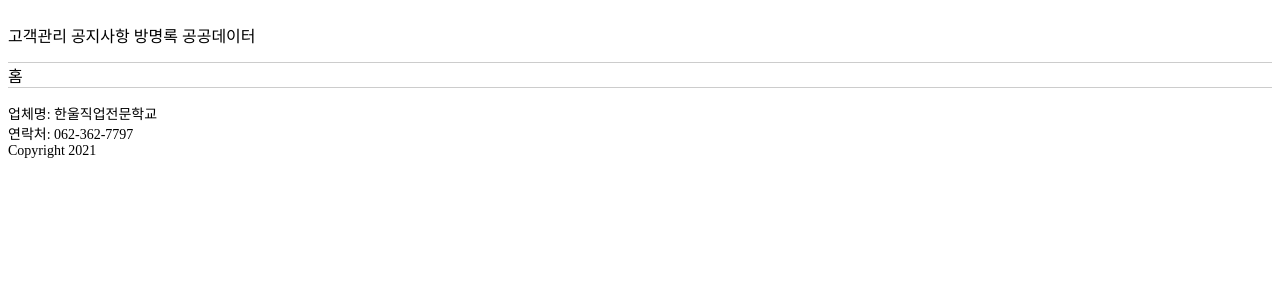
Repository: JSY93/spring-web
Page: http://localhost/iot/
These files come from the project's save history. The page is drawn as it stood at one moment and after the next save; the edit follows.
The browser window is 1280 px wide. The pictures show the whole page.
The page is served by Tomcat 9. Other server files are loaded and not shown.

Above is the page before, as saved 2021-01-07 05:10:40.

### Study_Spring/iot/src/main/webapp/WEB-INF/views/home.jsp
<%@ taglib uri="http://java.sun.com/jsp/jstl/core" prefix="c" %>
<%@ page language="java" contentType="text/html; charset=UTF-8"
    pageEncoding="UTF-8"%>
<html>
<head>
	<title>Home</title>
</head>
<body>
<jsp:include page="/WEB-INF/views/include/header.jsp" />

<div id='content'>
홈
</div>

<jsp:include page="/WEB-INF/views/include/footer.jsp" />
</body>
</html>

### Study_Spring/iot/src/main/webapp/WEB-INF/views/include/header.jsp
<%@ page language="java" contentType="text/html; charset=UTF-8"
    pageEncoding="UTF-8"%>
<header style='border-bottom:1px solid #ccc; padding:15px 0; text-align:left'>
	<div style=''>
	<ul>
		<li>고객관리</li>
		<li>공지사항</li>
		<li>방명록</li>
		<li>공공데이터</li>
	</ul>
	</div>
</header>
<style>
header ul, header ul li {
	margin:0; padding:0; display:inline }

</style>

### Study_Spring/iot/src/main/webapp/WEB-INF/views/include/footer.jsp
<%@ page language="java" contentType="text/html; charset=UTF-8"
    pageEncoding="UTF-8"%>
<footer style='font-size:14px; border-top:1px solid #ccc; padding:15px 0;'>
	<div>업체명: 한울직업전문학교</div>
	<div>연락처: 062-362-7797</div>
	<div>Copyright 2021</div>
</footer>

After the next save:
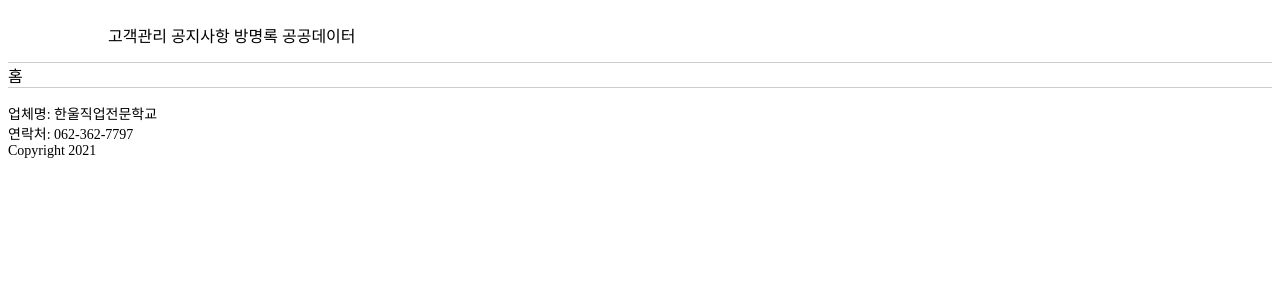
Saved 24 s later.
--- a/Study_Spring/iot/src/main/webapp/WEB-INF/views/include/header.jsp
+++ b/Study_Spring/iot/src/main/webapp/WEB-INF/views/include/header.jsp
@@ -1,7 +1,7 @@
 <%@ page language="java" contentType="text/html; charset=UTF-8"
     pageEncoding="UTF-8"%>
 <header style='border-bottom:1px solid #ccc; padding:15px 0; text-align:left'>
-	<div style=''>
+	<div style='margin-left:100px'>
 	<ul>
 		<li>고객관리</li>
 		<li>공지사항</li>
